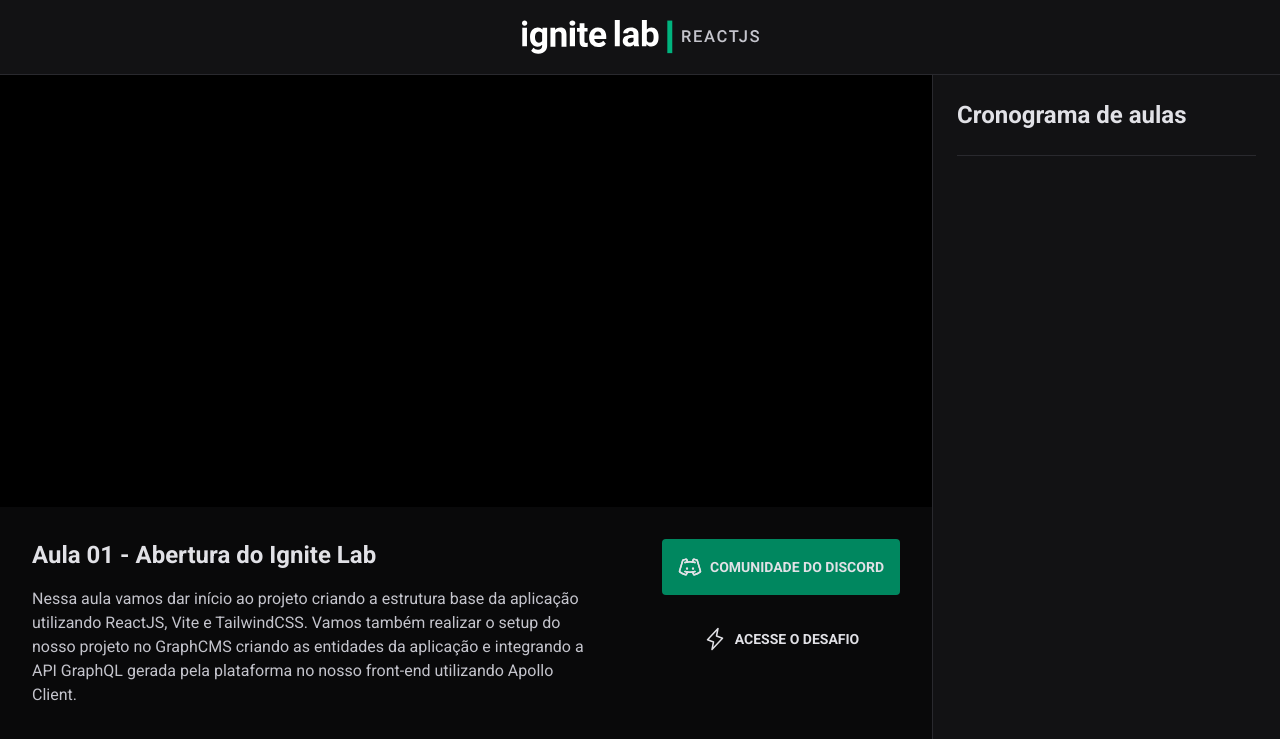
Repository: XFERRER7/Ignite-lab
Page: /
The author's editor kept a copy of each file at every save. The page is drawn from the files as they stood at one save, then again after a run of saves.
The browser window is 1280 px wide. The pictures show the whole page.
The page's requests for data from a server got no answer. The project was rebuilt for these pictures with package versions that can differ from the ones it lists, and the page was loaded fresh each time. No one was signed in, and anything a server would have sent is missing. Also part of the build but not shown: vite.config.ts, src/components/Lesson.tsx.

Above is the page before, as saved 2022-06-26 01:56:01.

### index.html
<!DOCTYPE html>
<html>
  <head>
    <meta charset="UTF-8" />
    <link rel="icon" type="image/svg+xml" href="/src/favicon.svg" />
    <meta name="viewport" content="width=device-width, initial-scale=1.0" />
    <title>Event Platform</title>
    <link rel="preconnect" href="https://fonts.googleapis.com">
<link rel="preconnect" href="https://fonts.gstatic.com" crossorigin>
<link href="https://fonts.googleapis.com/css2?family=Roboto:wght@400;500;700&display=swap" rel="stylesheet">
  </head>
  <body>
    <div id="root"></div>
    <script type="module" src="/src/main.tsx"></script>
  </body>
</html>

### src/main.tsx
import { ApolloProvider } from '@apollo/client'
import React from 'react'
import ReactDOM from 'react-dom/client'
import App from './App'
import { client } from './lib/apollo'
import './styles/Global.css'

ReactDOM.createRoot(document.getElementById('root')!).render(
  <React.StrictMode>
    <ApolloProvider client={client}>
    <App />
    </ApolloProvider>
  </React.StrictMode>
)

### src/App.tsx
import { Header } from "./components/Header"
import { Lesson } from "./components/Lesson"
import { SideBar } from "./components/SideBar"
import { Video } from "./components/Video"
import { Event } from "./pages/Event"

function App() {

  return (
    <div>
      <Event/>
    </div>
  )
}

export default App

### src/lib/apollo.ts
import { ApolloClient, InMemoryCache } from "@apollo/client";

export const client = new ApolloClient({
  uri: 'https://api-sa-east-1.graphcms.com/v2/cl4oe0npq21lo01xi4o5e7kb5/master',
  cache: new InMemoryCache()
})

### src/styles/Global.css
@tailwind base;
@tailwind components;
@tailwind utilities;

body {
  @apply text-gray-100 bg-gray-900;
  -webkit-font-smoothing: antialiased;
}

### src/pages/Event.tsx
import React from 'react'
import { Header } from '../components/Header'
import { SideBar } from '../components/SideBar'
import { Video } from '../components/Video'

export const Event = () => {
  return (
    <>
    <div className='flex flex-col min-h-screen'>
      <Header/>
      <main className='flex flex-1'>
      <Video/>
      <SideBar/>
      </main>
    </div>

    </>
  )
}

### src/components/Header.tsx
import React from 'react'
import { Logo } from './Logo'

export const Header = () => {
  return (
    <header className='w-full py-5 flex items-center justify-center bg-gray-700 border-b border-gray-600'>
      <Logo/>
    </header>
  )
}

### src/components/SideBar.tsx
import { gql, useQuery } from '@apollo/client'
import React from 'react'
import { Lesson } from './Lesson'


const GET_LESSONS_QUERY = gql`
  query {
    lessons(orderBy: availableAt_ASC, stage: PUBLISHED) {
      id
      slug
      title
      availableAt
      lessonType
    }
}

`

interface GetLessonsQueryResponse {
  lessons: {
    id: string
    slug:string
    title:string
    availableAt:string
    lessonType: 'live' | 'class'
  }[]
}


export const SideBar = () => {

  const {data} = useQuery<GetLessonsQueryResponse>(GET_LESSONS_QUERY)

  return (
    <aside className='w-[348px] bg-gray-700 p-6 border-l border-gray-600'>
      <span className='font-bold text-2xl pb-6 mb-6 border-b border-gray-600 block'>Cronograma de aulas</span>

      <div className='flex flex-col gap-8'>
        {
          data?.lessons.map(lesson => {
            return (
              <Lesson
              title={lesson.title}
              slug={lesson.slug}
              avaliableAt={new Date(lesson.availableAt)}
              type={lesson.lessonType}/>
            )
          })
        }

      </div>
    </aside>
  )
}

### src/components/Video.tsx
import { DiscordLogo, Lightning } from 'phosphor-react'
import React from 'react'

export const Video = () => {
  return (
    <div className="flex-1">
      <div className="bg-black flex justify-center">
        <div className='h-full w-full max-w-[1100px] max-h-[60vh] aspect-video'></div>
      </div>

      <div className='p-8 max-w-[1100px] mx-auto'>

        <div className='flex items-start gap-16'>
          <div className='flex-1'>
            <h1 className='text-2xl font-bold'>Aula 01 - Abertura do Ignite Lab</h1>
            <p className='mt-4 text-gray-200'>
              Nessa aula vamos dar início ao projeto criando a estrutura base da aplicação
              utilizando ReactJS, Vite e TailwindCSS. Vamos também realizar o setup do nosso
              projeto no GraphCMS criando as entidades da aplicação e integrando a API GraphQL
              gerada pela plataforma no nosso front-end utilizando Apollo Client.
            </p>
          </div>
          <div className='flex flex-col gap-4 '>
            <a href=""
            className='p-4 text-sm bg-green-500 flex items-center rounded font-bold uppercase
            gap-2 justify-center'>
              <DiscordLogo size={24}/>
              Comunidade do discord
            </a>
            <a href="" className='p-4 text-sm  flex items-center rounded font-bold uppercase
            gap-2 justify-center'>
              <Lightning size={24}/>
              Acesse o desafio
            </a>
          </div>
        </div>

        <div>

        </div>

      </div>

    </div>
  )

}

### src/components/Logo.tsx
import React from "react";

export function Logo() {
  return (
    <svg
      xmlns="http://www.w3.org/2000/svg"
      width="237"
      height="34"
      fill="none"
      viewBox="0 0 237 34"
    >
      <path
        fill="#fff"
        d="M.002 3.112a2.49 2.49 0 01.165-.987c.12-.314.304-.595.535-.83A2.906 2.906 0 012.615.572c.698 0 1.374.257 1.912.723.23.24.412.524.536.837a2.701 2.701 0 010 1.979 2.568 2.568 0 01-.536.837 2.889 2.889 0 01-1.907.723 2.901 2.901 0 01-1.908-.723 2.458 2.458 0 01-.538-.84 2.645 2.645 0 01-.172-.996zm4.96 23.146H.273V7.862h4.689v18.397zM8.012 16.973c0-2.853.686-5.145 2.055-6.883a6.653 6.653 0 015.528-2.606 5.869 5.869 0 014.802 2.09l.2-1.751h4.538v17.95a7.891 7.891 0 01-1.12 4.246 7.243 7.243 0 01-3.147 2.752 11.155 11.155 0 01-4.742.94c-1.378 0-2.74-.279-4.008-.812a7.08 7.08 0 01-2.946-2.11l2.208-3.02a5.905 5.905 0 004.543 2.08 4.356 4.356 0 003.104-1.059 3.938 3.938 0 001.103-2.993v-.994a5.775 5.775 0 01-4.555 1.935 6.647 6.647 0 01-3.05-.652 6.615 6.615 0 01-2.408-1.967c-1.397-1.752-2.085-4.089-2.085-6.942v-.21h-.025l.005.006zm4.997.355a6.723 6.723 0 001.026 3.956 3.233 3.233 0 002.799 1.443c.651.045 1.3-.088 1.878-.39a3.52 3.52 0 001.396-1.305v-7.825a3.448 3.448 0 00-1.374-1.305 3.504 3.504 0 00-1.86-.39 3.28 3.28 0 00-1.61.365 3.22 3.22 0 00-1.219 1.103c-.688.975-1.036 2.418-1.036 4.348zM33.098 7.833l.158 2.196a6.527 6.527 0 012.371-1.927 6.38 6.38 0 012.971-.62c1.97 0 3.438.597 4.39 1.79.953 1.194 1.456 2.936 1.486 5.293v12.249h-4.962V14.683a3.367 3.367 0 00-.684-2.344 3.086 3.086 0 00-1.069-.598 3.008 3.008 0 00-1.211-.13 3.349 3.349 0 00-1.821.454c-.553.32-1.01.794-1.313 1.367v13.37H28.45V7.845l4.647-.012zM47.512 3.112a2.304 2.304 0 01.185-.988 2.42 2.42 0 01.59-.831A3.439 3.439 0 0150.404.57c.772 0 1.52.256 2.117.723.508.486.792 1.142.792 1.826 0 .683-.284 1.34-.792 1.826a3.417 3.417 0 01-2.11.723c-.77 0-1.517-.257-2.11-.723a2.47 2.47 0 01-.594-.839 2.342 2.342 0 01-.19-.994h-.005zm5.483 23.149h-5.18V7.86h5.18v18.4zM62.454 3.334v4.612h3.107v3.677h-3.107v9.382c-.05.53.091 1.063.395 1.495a1.824 1.824 0 001.473.45c.476.002.95-.035 1.421-.114v3.803a9.672 9.672 0 01-2.939.449c-3.398 0-5.128-1.775-5.19-5.32V11.644h-2.642V7.968h2.643V3.356h4.841v-.025l-.002.003zM76.487 27.08a9.277 9.277 0 01-6.759-2.55c-1.74-1.699-2.605-3.957-2.605-6.797v-.494a11.295 11.295 0 011.098-5.08 8.141 8.141 0 013.111-3.465 8.72 8.72 0 014.59-1.22c2.577 0 4.62.815 6.098 2.449 1.478 1.633 2.226 3.94 2.226 6.929v2.055h-12.01a4.665 4.665 0 001.473 2.971 4.487 4.487 0 003.111 1.111 5.426 5.426 0 004.548-2.115l2.476 2.781a7.506 7.506 0 01-3.07 2.507 9.81 9.81 0 01-4.287.916v.002zm-.594-15.514a3.127 3.127 0 00-2.428 1.012 5.405 5.405 0 00-1.188 2.912h7.006v-.405a3.749 3.749 0 00-.908-2.608 3.252 3.252 0 00-2.45-.908h-.03l-.002-.003zM97.771 26.259h-4.957V0h4.957V26.26zM112.209 26.259c-.227-.444-.392-.997-.496-1.659-1.196 1.333-2.751 2.002-4.666 2.002-1.811 0-3.314-.523-4.504-1.572-1.191-1.049-1.786-2.372-1.786-3.966 0-1.96.725-3.464 2.179-4.513 1.453-1.049 3.553-1.58 6.3-1.59h2.273v-1.06c0-.854-.22-1.54-.659-2.051-.44-.513-1.131-.77-2.078-.77-.832 0-1.486.2-1.957.6-.474.4-.708.945-.708 1.64h-4.941c0-1.07.331-2.062.992-2.973.662-.91 1.597-1.626 2.804-2.144 1.206-.518 2.564-.778 4.069-.778 2.28 0 4.089.573 5.429 1.718 1.34 1.145 2.009 2.756 2.009 4.83v8.017c.012 1.754.256 3.082.735 3.983v.29h-4.992l-.003-.004zm-4.086-3.435c.728 0 1.402-.163 2.016-.486.614-.326 1.071-.76 1.367-1.308v-3.181h-1.846c-2.472 0-3.79.854-3.948 2.564l-.017.291c0 .614.217 1.123.649 1.523.434.4 1.026.6 1.779.6v-.003zM136.58 17.183c0 2.963-.632 5.273-1.898 6.931-1.265 1.659-3.032 2.488-5.3 2.488-2.006 0-3.608-.77-4.805-2.308l-.222 1.967h-4.444V.001h4.94v9.418c1.14-1.332 2.638-2 4.496-2 2.256 0 4.025.828 5.308 2.487 1.283 1.658 1.923 3.992 1.923 7v.274l.002.003zm-4.94-.358c0-1.868-.296-3.233-.889-4.094-.592-.861-1.475-1.29-2.65-1.29-1.572 0-2.655.643-3.247 1.932v7.299c.604 1.298 1.697 1.95 3.282 1.95 1.584 0 2.643-.788 3.146-2.36.239-.752.358-1.897.358-3.437z"
      ></path>
      <path
        fill="#C4C4CC"
        d="M164.51 17.501h-2.283v4.53h-2.048v-11.78h4.143c1.36 0 2.408.306 3.149.915.74.61 1.108 1.493 1.108 2.648 0 .787-.19 1.449-.57 1.98-.38.532-.911.94-1.59 1.226l2.646 4.906v.106h-2.194l-2.364-4.531h.003zm-2.283-1.65h2.105c.691 0 1.229-.176 1.619-.524.39-.348.582-.824.582-1.429 0-.604-.18-1.12-.538-1.466-.358-.345-.893-.523-1.606-.533h-2.162V15.85zM179.066 16.773h-4.839v3.625h5.656v1.634h-7.704V10.25h7.648v1.65h-5.6v3.253h4.839v1.62zM189.803 19.29h-4.565l-.955 2.744h-2.127l4.452-11.783h1.836l4.459 11.783h-2.137l-.963-2.744zm-3.99-1.65h3.415l-1.707-4.89-1.708 4.89zM204.716 18.197c-.119 1.256-.583 2.238-1.392 2.941-.81.703-1.885 1.056-3.228 1.056-.938 0-1.764-.222-2.48-.668-.715-.445-1.266-1.079-1.656-1.898-.387-.82-.589-1.772-.607-2.858v-1.1c0-1.11.198-2.09.59-2.937.392-.846.96-1.5 1.695-1.96.736-.458 1.587-.688 2.554-.688 1.301 0 2.347.353 3.139 1.057.792.703 1.254 1.7 1.385 2.99h-2.039c-.096-.846-.343-1.458-.74-1.833-.397-.375-.977-.563-1.745-.563-.89 0-1.574.326-2.05.977-.479.652-.721 1.605-.733 2.863v1.044c0 1.273.227 2.245.683 2.917.457.668 1.123 1.004 2.004 1.004.805 0 1.409-.18 1.814-.543.405-.363.661-.962.77-1.804h2.038l-.002.003zM216.481 11.902h-3.674v10.132h-2.031V11.902h-3.642V10.25h9.347v1.65zM222.759 10.251h2.039v8.262c0 1.127-.353 2.023-1.057 2.687-.703.664-1.633.995-2.788.995-1.229 0-2.179-.311-2.848-.93-.669-.62-1.004-1.484-1.004-2.59h2.038c0 .627.156 1.096.467 1.412.31.316.76.474 1.347.474.55 0 .989-.183 1.315-.545.326-.366.489-.867.489-1.51V10.25h.002zM234.952 18.999c0-.518-.183-.918-.545-1.197-.363-.279-1.022-.563-1.972-.849-.95-.286-1.705-.604-2.265-.955-1.074-.674-1.612-1.555-1.612-2.638 0-.95.388-1.732 1.163-2.347.774-.614 1.779-.922 3.015-.922.819 0 1.55.15 2.194.454a3.597 3.597 0 011.513 1.29c.367.558.55 1.177.55 1.858h-2.038c0-.614-.193-1.095-.578-1.443-.385-.348-.938-.524-1.656-.524-.668 0-1.189.144-1.557.43-.37.286-.555.686-.555 1.197 0 .432.2.792.6 1.08.399.29 1.056.57 1.974.842.918.271 1.653.582 2.208.93.556.348.963.748 1.222 1.197.259.452.387.977.387 1.582 0 .982-.375 1.762-1.127 2.342-.753.58-1.775.87-3.063.87a5.755 5.755 0 01-2.352-.473c-.715-.316-1.27-.75-1.668-1.308-.397-.555-.594-1.204-.594-1.942h2.048c0 .669.222 1.187.664 1.555.441.367 1.075.55 1.902.55.713 0 1.246-.143 1.607-.432.357-.288.538-.671.538-1.145l-.003-.002z"
      ></path>
      <path fill="#00B37E" d="M150.271 33.146h-4.958V.57h4.958v32.576z"></path>
    </svg>
  );
}

### tailwind.config.js
/** @type {import('tailwindcss').Config} */
module.exports = {
  content: [
    './src/**/*.tsx'
  ],
  theme: {
    extend: {
      fontFamily: {
        sans: 'Roboto, sans-serif'
      },
      colors: {
        green: {
          300: '#00B37E',
          500: '#00875F',
          700: '#015F43',
        },
        blue: {
          500: '#81D8F7',
        },
        orange: {
          500: '#FBA94C',
        },
        red: {
          500: '#F75A68',
        },
        gray: {
          100: '#E1E1E6',
          200: '#C4C4CC',
          300: '#8D8D99',
          500: '#323238',
          600: '#29292E',
          700: '#121214',
          900: '#09090A'
        }
      }
    },
  },
  plugins: [],
}

After the next 2 saves:
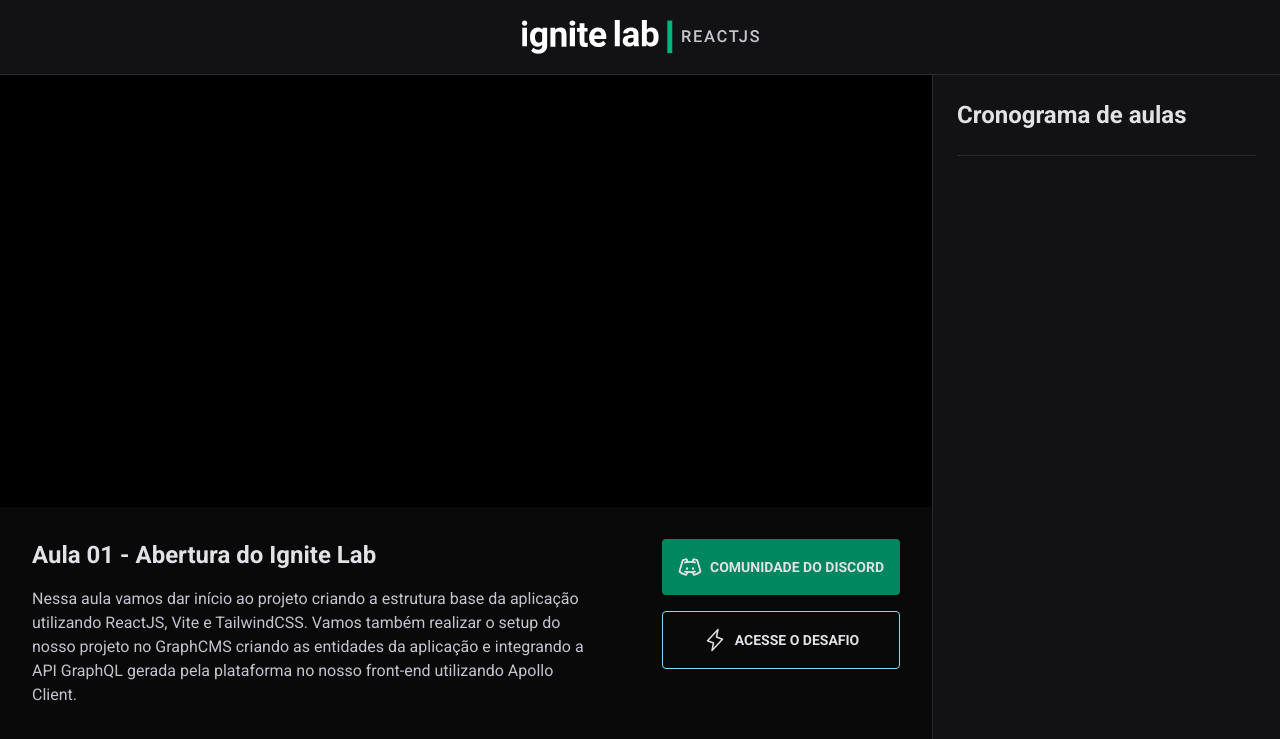
The 2 saves are shown as one change because they came seconds apart.
The last was saved 9 s later.
--- a/src/components/Video.tsx
+++ b/src/components/Video.tsx
@@ -27,7 +27,7 @@
               <DiscordLogo size={24}/>
               Comunidade do discord
             </a>
-            <a href="" className='p-4 text-sm  flex items-center rounded font-bold uppercase
+            <a href="" className='p-4 text-sm border  border-blue-500 flex items-center rounded font-bold uppercase
             gap-2 justify-center'>
               <Lightning size={24}/>
               Acesse o desafio
